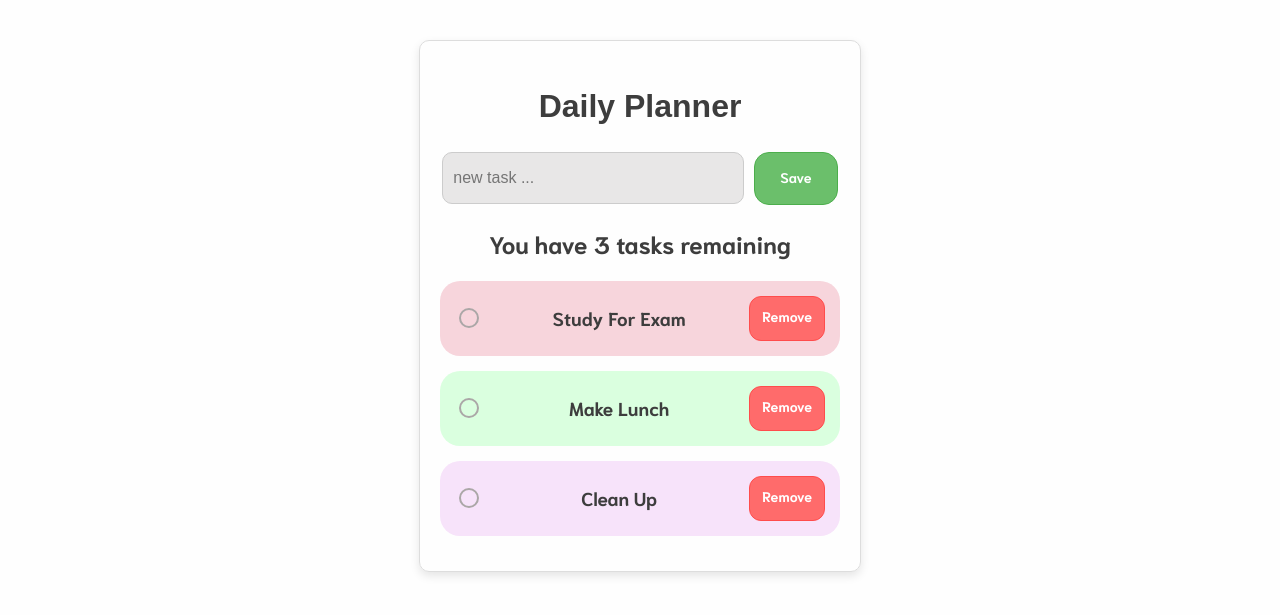
Repository: Zalida-Khan/Frontend-Lab4
Page: /
The author's editor kept a copy of each file at every save. The page is drawn from the files as they stood at one save, then again after a run of saves.
The browser window is 1280 px wide. The pictures show the whole page.
Some web fonts or font styles are not loaded; a fallback is used. The project was rebuilt for these pictures with package versions that can differ from the ones it lists, and the page was loaded fresh each time. Also part of the build but not shown: vite.config.js.

Above is the page before, as saved 2024-10-22 22:04:58.

### index.html
<!doctype html>
<html lang="en">

<head>
  <meta charset="UTF-8" />
  <link rel="icon" type="image/svg+xml" href="/vite.svg" />
  <meta name="viewport" content="width=device-width, initial-scale=1.0" />
  <title>Day Planner</title>
</head>

<body>
  <div id="root"></div>
  <script type="module" src="/src/main.jsx"></script>
</body>

</html>

### src/App.jsx
import "./App.css";
import React, { useState } from "react";
import Task from "./components/Task";
import TaskForm from "./components/TaskForm";

function App() {
  const [tasks, setTasks] = useState([
    { id: 1, text: "Study For Exam", completed: false },
    { id: 2, text: "Make Lunch", completed: false },
    { id: 3, text: "Clean Up", completed: false },
  ]);

  const addTask = (text) =>
    setTasks([...tasks, { id: Date.now(), text, completed: false }]);

  const toggleTask = (id) =>
    setTasks(
      tasks.map((task) =>
        task.id === id ? { ...task, completed: !task.completed } : task
      )
    );

  const removeTask = (id) => setTasks(tasks.filter((task) => task.id !== id));

  const remainingTasks = tasks.filter((task) => !task.completed).length;

  return (
    <div className="app">
      <header>
        <h1>Daily Planner</h1>
      </header>
      <TaskForm addTask={addTask} />
      <h2>
        You have {remainingTasks}{" "}
        {remainingTasks === 1 ? "task" : "tasks"} remaining
      </h2>
      <div className="task-list">
        {tasks.map((task) => (
          <Task
            key={task.id}
            task={task}
            toggleTask={toggleTask}
            removeTask={removeTask}
          />
        ))}
      </div>
    </div>
  );
}

export default App;

### src/index.css
:root {
  font-family: Inter, system-ui, Avenir, Helvetica, Arial, sans-serif;
  line-height: 1.5;
  font-weight: 400;

  color-scheme: light dark;
  color: rgba(0, 0, 0, 0.87);
  background-color: #fefefe;

  font-synthesis: none;
  text-rendering: optimizeLegibility;
  -webkit-font-smoothing: antialiased;
  -moz-osx-font-smoothing: grayscale;
}

### src/App.css
@font-face {
  font-family: "Ruska";
  src: url("../fonts/RuskaDisplay-Regular.otf") format("opentype");
  font-weight: normal;
  font-style: normal;
}

@font-face {
  font-family: "Niramit";
  src: url("../fonts/Niramit-Bold.ttf") format("truetype");
  font-weight: normal;
  font-style: normal;
}

#root {
  max-width: 1280px;
  margin: 0 auto;
  padding: 2rem;
  text-align: center;
  font-family: "Niramit", sans-serif;
  color: #3d3d3d;
}

.app {
  width: 400px;
  margin: 0 auto;
  padding: 20px;
  font-family: "Niramit", sans-serif;
  border: 1px solid #ddd;
  border-radius: 10px;
  box-shadow: 0 4px 10px rgba(0, 0, 0, 0.1);
}

h1 {
  font-family: "Ruska", sans-serif;
  font-weight: 50px;
  color: #3d3d3d;
}

.task-list {
  margin-top: 20px;
}

.task {
  display: flex;
  align-items: center;
  justify-content: space-between;
  margin-bottom: 15px;
  padding: 15px;
  border-radius: 20px;
  font-family: "Niramit", sans-serif;
}

.task:nth-child(6n+1) {
  background-color: #f7d5dc;
}

.task:nth-child(6n+2) {
  background-color: #daffdf;
}

.task:nth-child(6n+3) {
  background-color: #f7e3fa;
}

.task:nth-child(6n+4) {
  background-color: #ffe5db;
}

.task:nth-child(6n+5) {
  background-color: #fafcd4;
}

.task:nth-child(6n) {
  background-color: #dde0fa;
}

.task h3 {
  margin: 0;
  flex-grow: 1;
  text-decoration: none;
  font-family: "Niramit", sans-serif;
}

.task.completed h3 {
  text-decoration: line-through 2px solid;
}

.checkmark {
  appearance: none;
  width: 20px;
  height: 20px;
  border-radius: 50%;
  border: 2px solid #aba7a7;
  background-color: transparent;
  display: flex;
  align-items: center;
  justify-content: center;
  cursor: pointer;
  margin-right: 10px;
}

.checkmark:checked {
  background-color: #c6eada;
  border: 2px solid #198754;
}

.checkmark:checked::after {
  content: '✔️';
  color: #3d3d3d;
}


.delete-btn {
  padding: 10px 12px;
  border-radius: 12px;
  padding-bottom: 15px;
  font-family: "Niramit", sans-serif;
  background-color: #ff6b6b;
  border: 1px solid #ff4c4c;
  color: white;
  cursor: pointer;
  font-size: 14px;
  transition: background-color 0.3s;
}

.delete-btn:hover {
  background-color: #ff4c4c;
}

.save-btn {
  padding: 15px 25px;
  border-radius: 15px;
  padding-bottom: 18px;
  background-color: #6bbf6b;
  border: 1px solid #4cae4c;
  font-family: "Niramit", sans-serif;
  color: white;
  cursor: pointer;
  font-size: 14px;
  transition: background-color 0.3s;
}

.save-btn:hover {
  background-color: #4cae4c;
}

.input-field {
  width: 70%;
  height: 30px;
  padding: 10px;
  border-radius: 10px;
  background-color: #e8e7e7;
  margin-right: 10px;
  border: 1px solid #ccc;
  font-size: 16px;
  outline: none;
  color: black;
  transition: border-color 0.3s;
}

.input-field:focus {
  border-color: #000000;
}

### src/components/Task.jsx
import React from 'react';

function Task({ task, toggleTask, removeTask }) {
  return (
    <div className={`task ${task.completed ? 'completed' : ''}`}>
      <input className="checkmark" type="checkbox" checked={task.completed} onChange={() => toggleTask(task.id)} />
      <h3>{task.text}</h3>
      <button className="delete-btn" onClick={() => removeTask(task.id)}>Remove</button>
    </div>
  );
}

export default Task;

### src/components/TaskForm.jsx
import React, { useState } from 'react';

function TaskForm({ addTask }) {
  const [text, setText] = useState('');

  const handleSubmit = (e) => {
    e.preventDefault();
    if (text.trim()) {
      addTask(text);
      setText('');
    }
  };

  return (
    <form onSubmit={handleSubmit}>
      <input className="input-field" type="text" value={text} onChange={(e) => setText(e.target.value)} placeholder="new task ..." />
      <button className="save-btn" type="submit">Save</button>
    </form>
  );
}

export default TaskForm;

Loaded but not shown: src/main.jsx (common file)

After the next 3 saves:
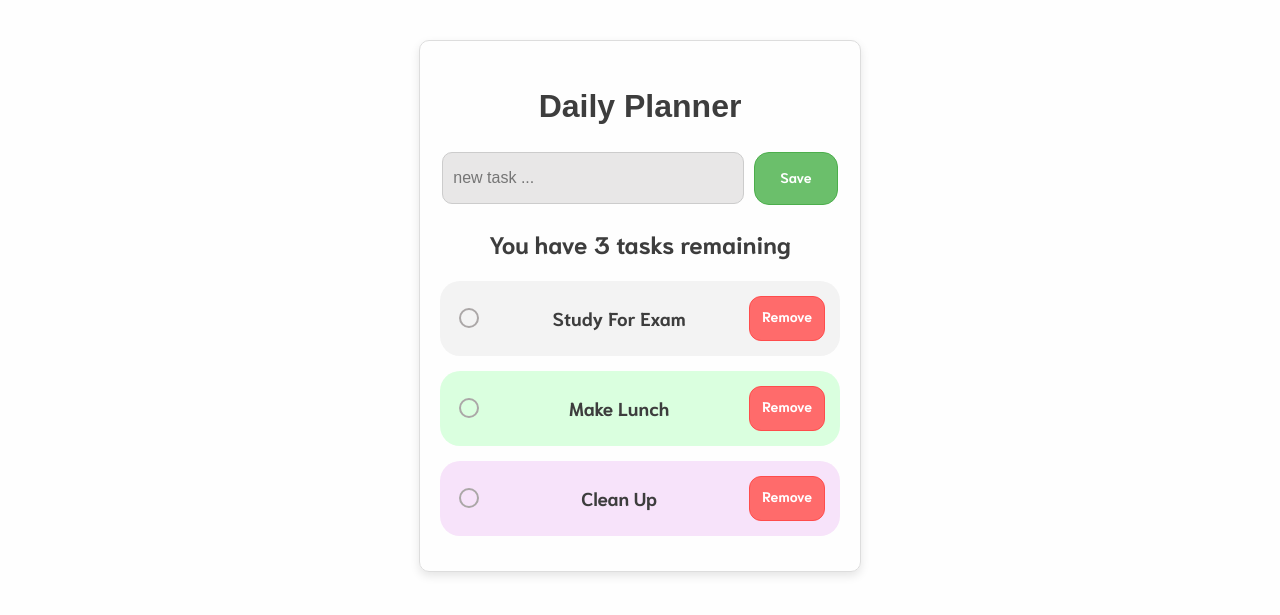
The 3 saves are shown as one change because they came seconds apart.
The last was saved 47 s later.
--- a/src/App.css
+++ b/src/App.css
@@ -52,7 +52,7 @@ h1 {
 }
 
 .task:nth-child(6n+1) {
-  background-color: #f7d5dc;
+  background-color: #f3f3f3;
 }
 
 .task:nth-child(6n+2) {
